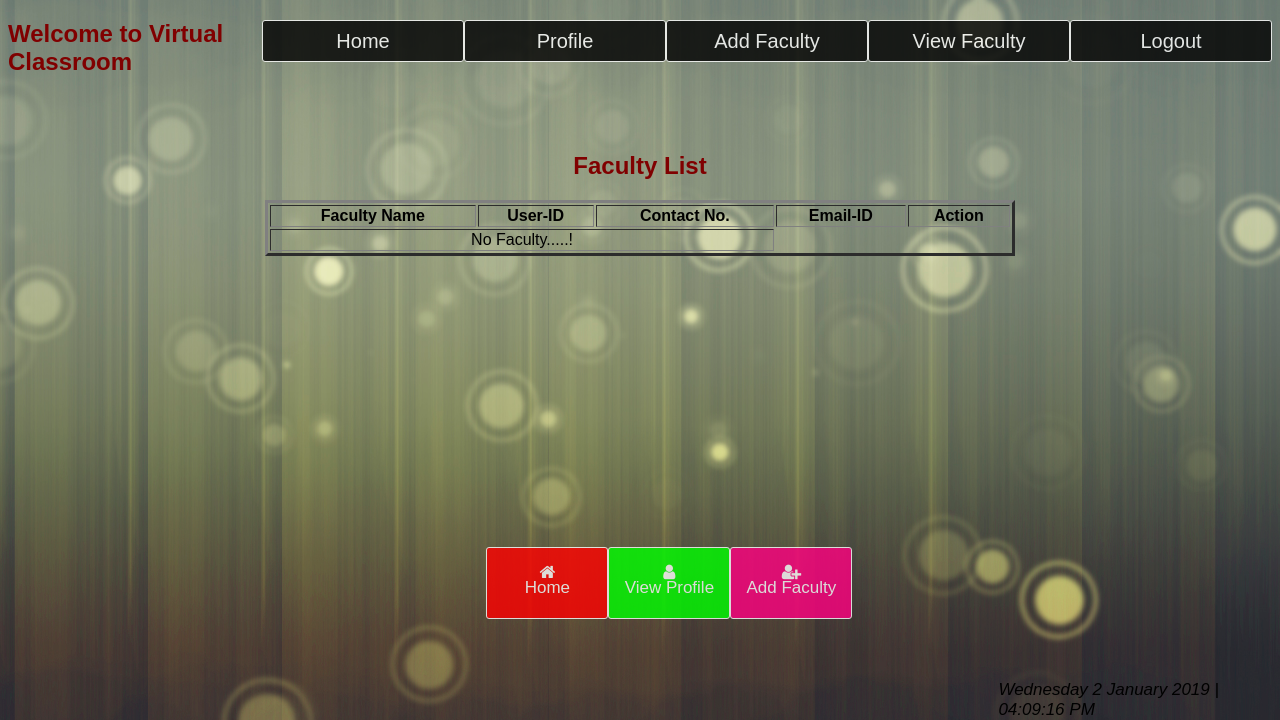
Repository: Rajendra1998/Virtual_classroom_mvc_project
Page: http://localhost/Virtual_classroom/display_faculty.jsp
An editor plug-in stored every save of this project. The page is shown before and after the next save, followed by the edit.
The browser window is 1280 px wide. The pictures show the whole page.
The page is served by Tomcat 9. The template is opened directly, without the code that normally fills it, so the values that code supplies are empty.

Above is the page before, as saved 2019-01-09 20:10:56.

After the next save:
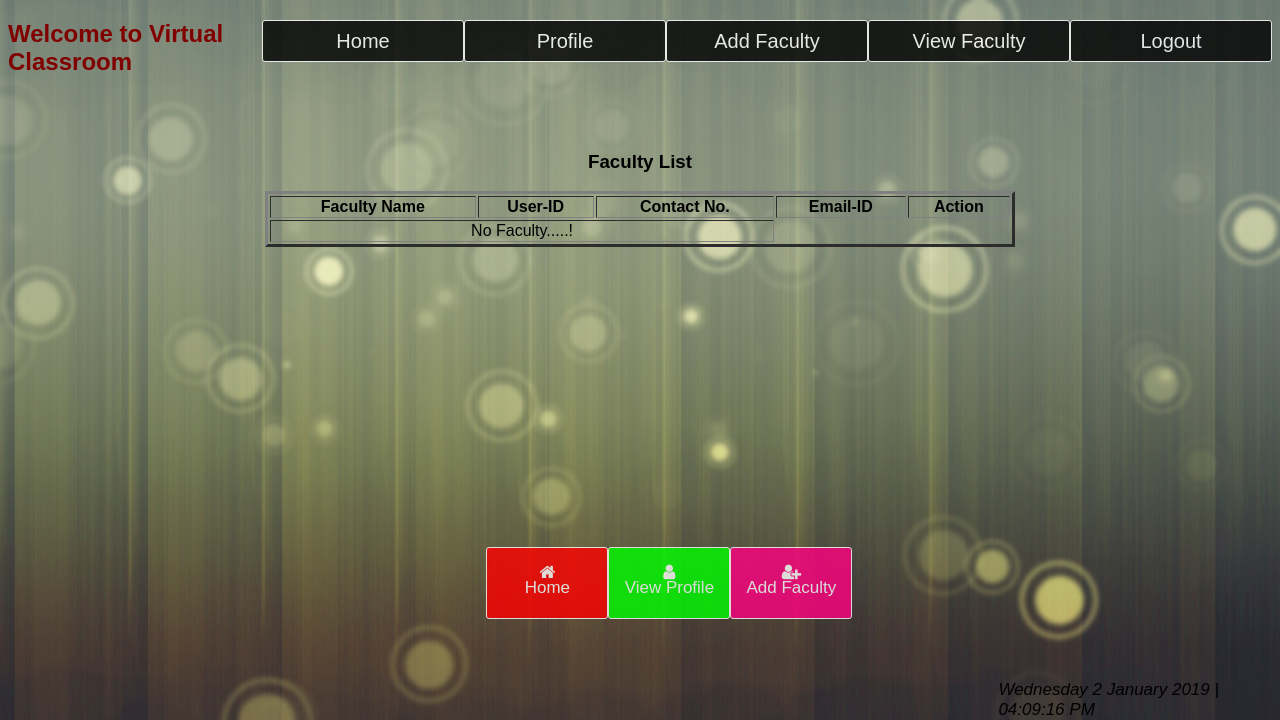
Saved 40 s later.
--- a/Virtual_classroom/WebContent/display_faculty.jsp
+++ b/Virtual_classroom/WebContent/display_faculty.jsp
@@ -174,7 +174,7 @@
 	<br><br>
 	<center>
      <div class="panel">
-            <h2>Faculty List</h2>
+            <h3>Faculty List</h3>
             <table class="bordered_table" align=center border="3" width="750px" >
                <thead>
                   <tr align="center"><th>Faculty Name</th><th>User-ID</th><th>Contact No.</th><th>Email-ID</th><th>Action</th></tr>

After the save that followed:
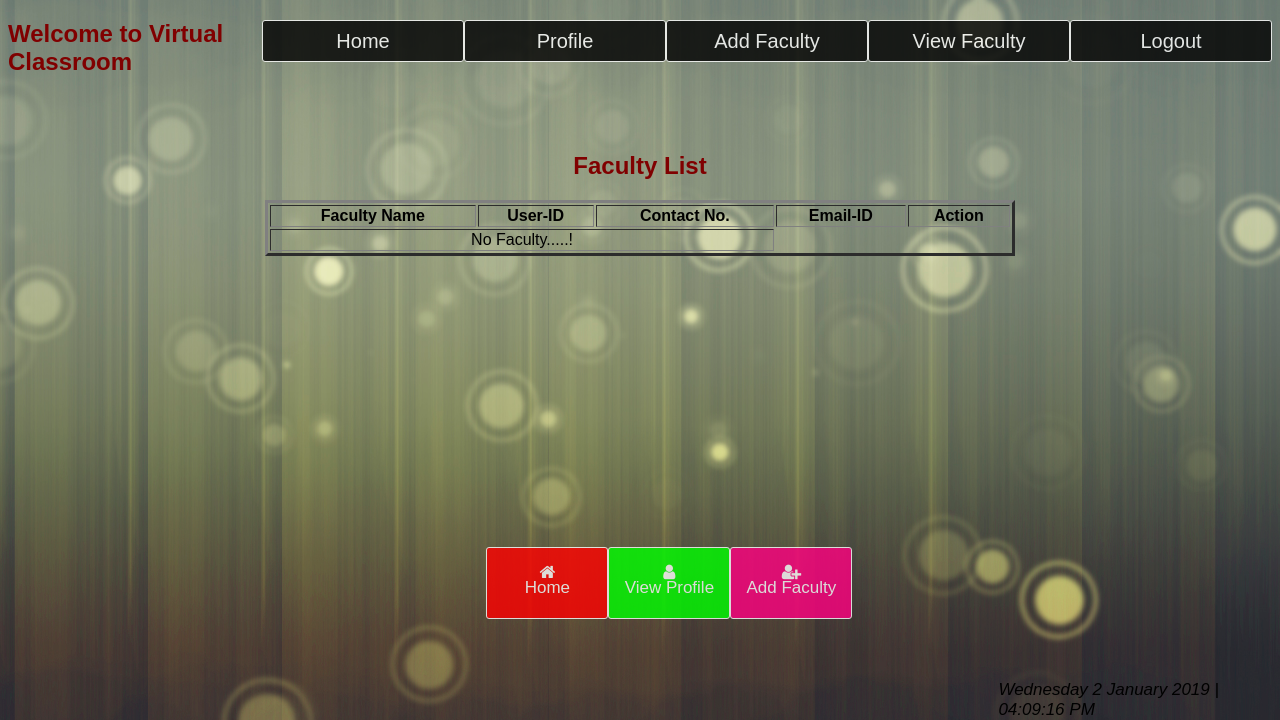
Saved 26 s later.
--- a/Virtual_classroom/WebContent/display_faculty.jsp
+++ b/Virtual_classroom/WebContent/display_faculty.jsp
@@ -174,7 +174,7 @@
 	<br><br>
 	<center>
      <div class="panel">
-            <h3>Faculty List</h3>
+            <h2>Faculty List</h2>
             <table class="bordered_table" align=center border="3" width="750px" >
                <thead>
                   <tr align="center"><th>Faculty Name</th><th>User-ID</th><th>Contact No.</th><th>Email-ID</th><th>Action</th></tr>
